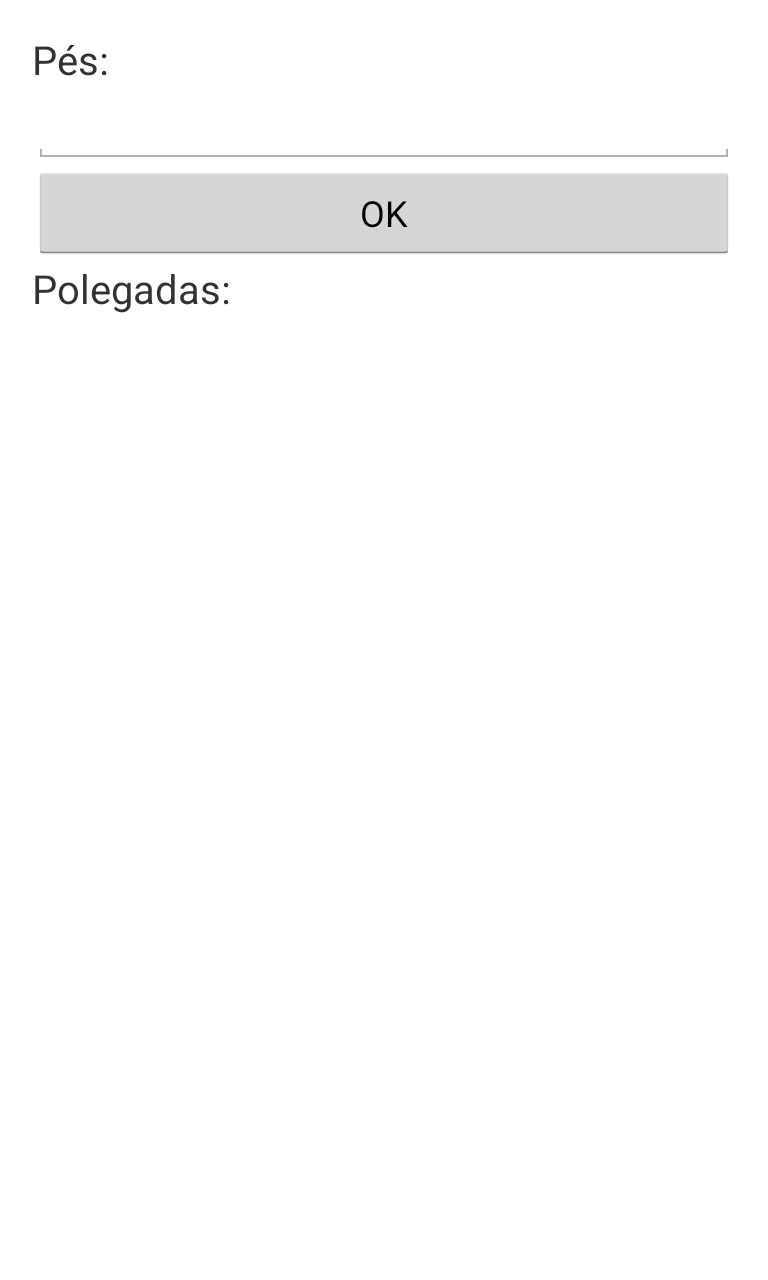
Repository: erickluz/Android
Layout: ConversaoDistancia/res/layout/activity_main.xml
The author's editor kept a copy of each file at every save. The layout is drawn from the files as they stood at one save, then again after the next save.
It is drawn on a 768 x 1280 px phone screen (xhdpi) without system bars, with theme AppTheme; the app's code is not run.

Above is the layout before, as saved 2016-03-15 00:43:46.

### ConversaoDistancia/res/layout/activity_main.xml
<LinearLayout xmlns:android="http://schemas.android.com/apk/res/android"
    xmlns:tools="http://schemas.android.com/tools"
    android:layout_width="match_parent"
    android:layout_height="match_parent"
    android:paddingBottom="@dimen/activity_vertical_margin"
    android:paddingLeft="@dimen/activity_horizontal_margin"
    android:paddingRight="@dimen/activity_horizontal_margin"
    android:paddingTop="@dimen/activity_vertical_margin"
    android:orientation="vertical"
    tools:context="com.erick.conversaodistancia.MainActivity" >

    <TextView
        android:layout_width="wrap_content"
        android:layout_height="wrap_content"
        android:textSize="20sp"
        android:text="@string/pes" />

    <EditText
        android:id="@+id/txtPes"
        android:labelFor="@+id/txtPes"
        android:layout_width="fill_parent"
        android:layout_height="wrap_content"
        android:inputType="number"/>

    <Button
        android:id="@+id/btnOk"
        android:layout_width="fill_parent"
        android:layout_height="wrap_content"
        android:text="@string/btnOk"
        android:onClick="btnOkClick"/>

    <TextView
        android:layout_width="wrap_content"
        android:layout_height="wrap_content"
        android:textSize="20sp"
        android:text="@string/polegadas" />

    <TextView
        android:id="@+id/lblPolegadas"
        android:layout_width="fill_parent"
        android:layout_height="wrap_content"
        android:gravity="center"/>


</LinearLayout>

### ConversaoDistancia/res/values/strings.xml
<?xml version="1.0" encoding="utf-8"?>
<resources>

    <string name="app_name">ConversaoDistancia</string>
    <string name="hello_world">Hello world!</string>
    <string name="action_settings">Settings</string>
    <string name="pes">Pés:</string>
    <string name="btnOk">OK</string>
    <string name="polegadas">Polegadas:</string>

</resources>

Loaded but not shown: ConversaoDistancia/res/values/styles.xml (common file); ConversaoDistancia/res/values-v11/styles.xml (common file); ConversaoDistancia/res/values-v14/styles.xml (common file); ConversaoDistancia/res/values/dimens.xml (common file); ConversaoDistancia/res/values-w820dp/dimens.xml (common file)

After the next save:
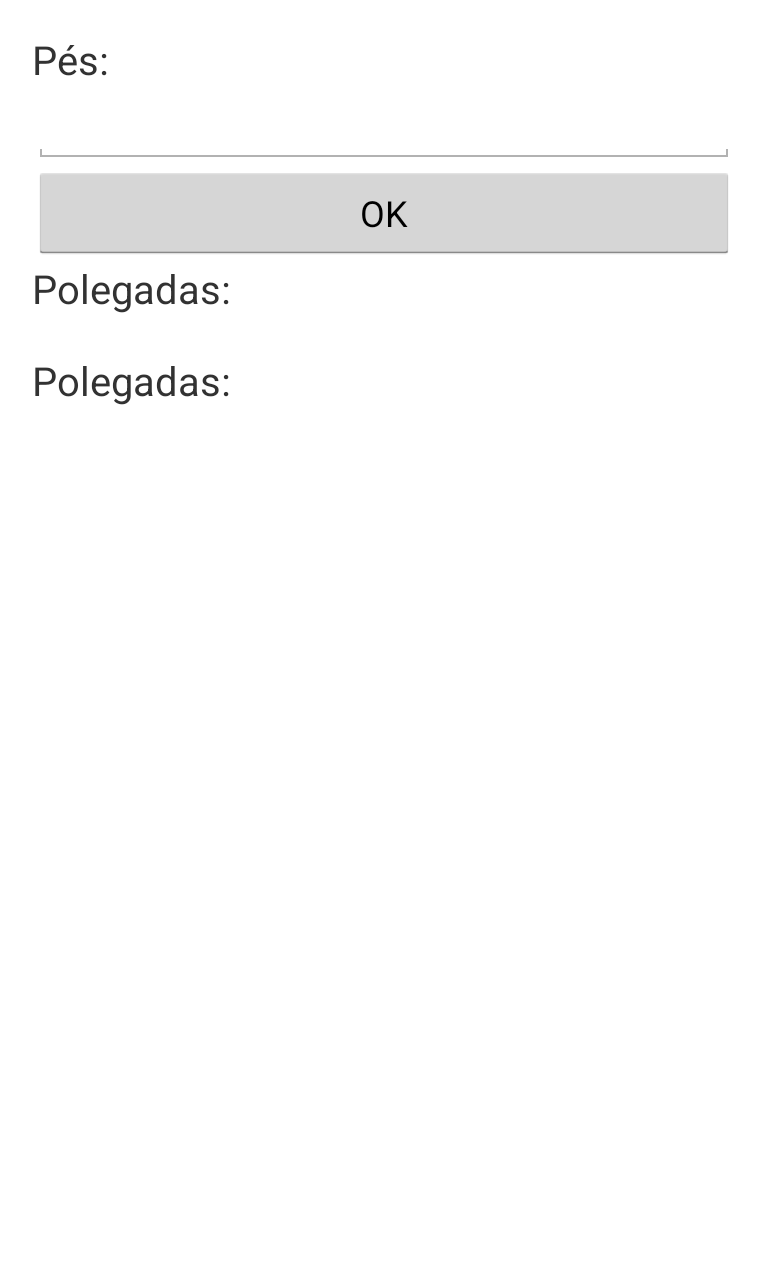
Saved 24 s later.
--- a/ConversaoDistancia/res/layout/activity_main.xml
+++ b/ConversaoDistancia/res/layout/activity_main.xml
@@ -41,5 +41,16 @@
         android:layout_height="wrap_content"
         android:gravity="center"/>
 
+     <TextView
+        android:layout_width="wrap_content"
+        android:layout_height="wrap_content"
+        android:textSize="20sp"
+        android:text="@string/polegadas" />
+
+    <TextView
+        android:id="@+id/lblPolegadas"
+        android:layout_width="fill_parent"
+        android:layout_height="wrap_content"
+        android:gravity="center"/>
 
 </LinearLayout>
